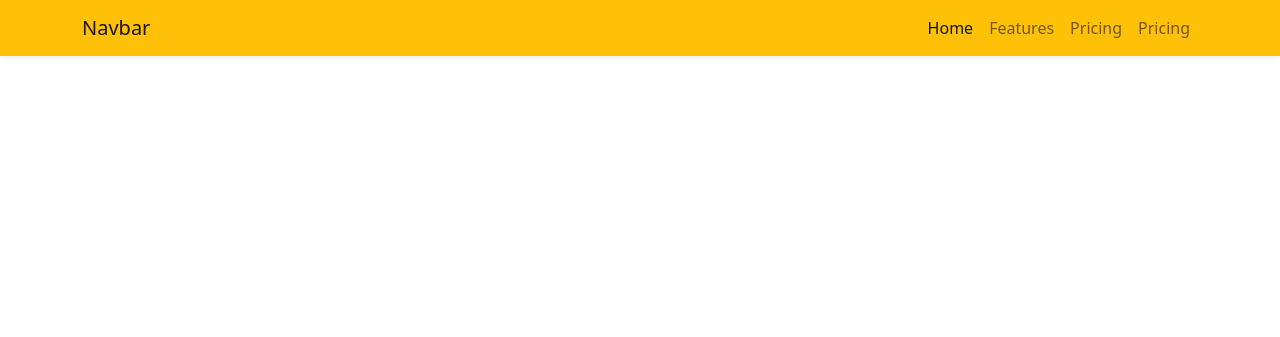
Repository: Novemberdad/gemilangtech.github.io
Page: index.html
An editor plug-in stored every save of this project. The page is shown before and after the next save, followed by the edit.
The browser window is 1280 px wide. The pictures show the whole page.

Above is the page before, as saved 2021-07-20 23:17:15.

### index.html
<!DOCTYPE html>
<html lang="en">

<head>
    <!-- Required meta tags -->
    <meta charset="utf-8" />
    <meta name="viewport" content="width=device-width, initial-scale=1" />

    <!-- Bootstrap CSS -->
    <link href="https://cdn.jsdelivr.net/npm/bootstrap@5.0.2/dist/css/bootstrap.min.css" rel="stylesheet" integrity="sha384-EVSTQN3/azprG1Anm3QDgpJLIm9Nao0Yz1ztcQTwFspd3yD65VohhpuuCOmLASjC" crossorigin="anonymous" />

    <title>My Portofoliio</title>
    <style>
        h1 {
            text-align: center;
            color: blue;
        }
    </style>
</head>

<body>
    <!--NAVBAR-->
    <nav class="navbar navbar-expand-lg navbar-light bg-warning shadow-sm">
        <div class="container">
            <a class="navbar-brand" href="#">Navbar</a>
            <button class="navbar-toggler" type="button" data-bs-toggle="collapse" data-bs-target="#navbarNav" aria-controls="navbarNav" aria-expanded="false" aria-label="Toggle navigation">
          <span class="navbar-toggler-icon"></span>
        </button>
            <div class="collapse navbar-collapse" id="navbarNav">
                <ul class="navbar-nav ms-auto">
                    <li class="nav-item">
                        <a class="nav-link active" aria-current="page" href="#">Home</a>
                    </li>
                    <li class="nav-item">
                        <a class="nav-link" href="#">Features</a>
                    </li>
                    <li class="nav-item">
                        <a class="nav-link" href="#">Pricing</a>
                    </li>
                    <li class="nav-item">
                        <a class="nav-link" href="#">Pricing</a>
                    </li>
                </ul>
            </div>
        </div>
    </nav>
    <!--AKHIR NAVBAR-->

    <!--jumbortron-->
    <!--akhir jumbotron-->
    <script src="https://cdn.jsdelivr.net/npm/bootstrap@5.0.2/dist/js/bootstrap.bundle.min.js" integrity="sha384-MrcW6ZMFYlzcLA8Nl+NtUVF0sA7MsXsP1UyJoMp4YLEuNSfAP+JcXn/tWtIaxVXM" crossorigin="anonymous"></script>

    <!-- Option 2: Separate Popper and Bootstrap JS -->
    <!--
    <script src="https://cdn.jsdelivr.net/npm/@popperjs/core@2.9.2/dist/umd/popper.min.js" integrity="sha384-IQsoLXl5PILFhosVNubq5LC7Qb9DXgDA9i+tQ8Zj3iwWAwPtgFTxbJ8NT4GN1R8p" crossorigin="anonymous"></script>
    <script src="https://cdn.jsdelivr.net/npm/bootstrap@5.0.2/dist/js/bootstrap.min.js" integrity="sha384-cVKIPhGWiC2Al4u+LWgxfKTRIcfu0JTxR+EQDz/bgldoEyl4H0zUF0QKbrJ0EcQF" crossorigin="anonymous"></script>
    -->
</body>

</html>

After the next save:
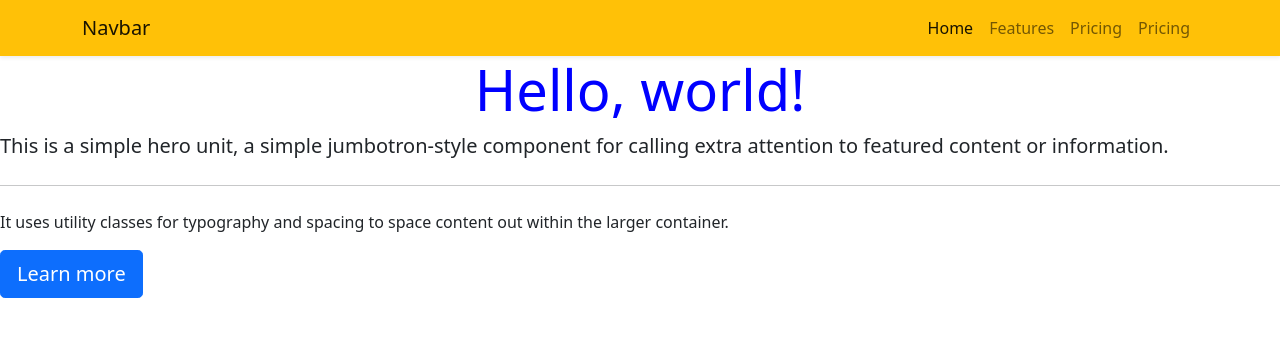
Saved 2 min 23 s later.
--- a/index.html
+++ b/index.html
@@ -47,6 +47,13 @@
     <!--AKHIR NAVBAR-->
 
     <!--jumbortron-->
+    <div class="jumbotron">
+        <h1 class="display-4">Hello, world!</h1>
+        <p class="lead">This is a simple hero unit, a simple jumbotron-style component for calling extra attention to featured content or information.</p>
+        <hr class="my-4" />
+        <p>It uses utility classes for typography and spacing to space content out within the larger container.</p>
+        <a class="btn btn-primary btn-lg" href="#" role="button">Learn more</a>
+    </div>
     <!--akhir jumbotron-->
     <script src="https://cdn.jsdelivr.net/npm/bootstrap@5.0.2/dist/js/bootstrap.bundle.min.js" integrity="sha384-MrcW6ZMFYlzcLA8Nl+NtUVF0sA7MsXsP1UyJoMp4YLEuNSfAP+JcXn/tWtIaxVXM" crossorigin="anonymous"></script>
 
